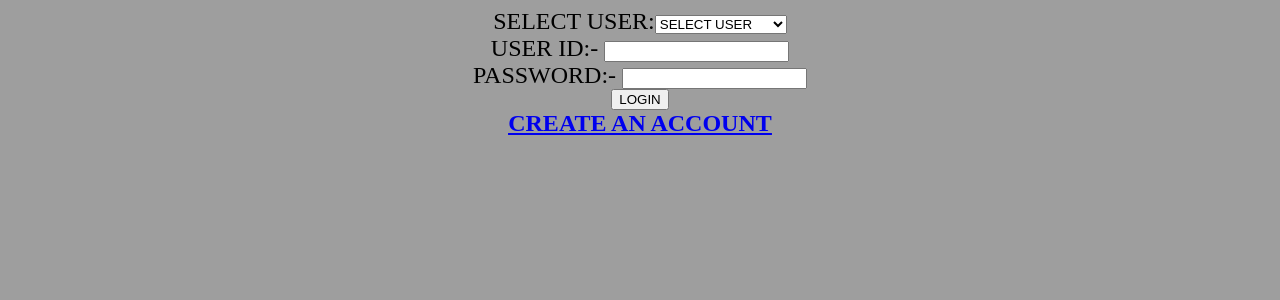
Repository: subhamsourabh265/LibManagementSystemJ2EE-
Page: library/WebContent/mylogin.html
These files come from the project's save history. The page is drawn as it stood at one moment and after the next save; the edit follows.
The browser window is 1280 px wide. The pictures show the whole page.

Above is the page before, as saved 2015-07-06 20:05:51.

After the next save:
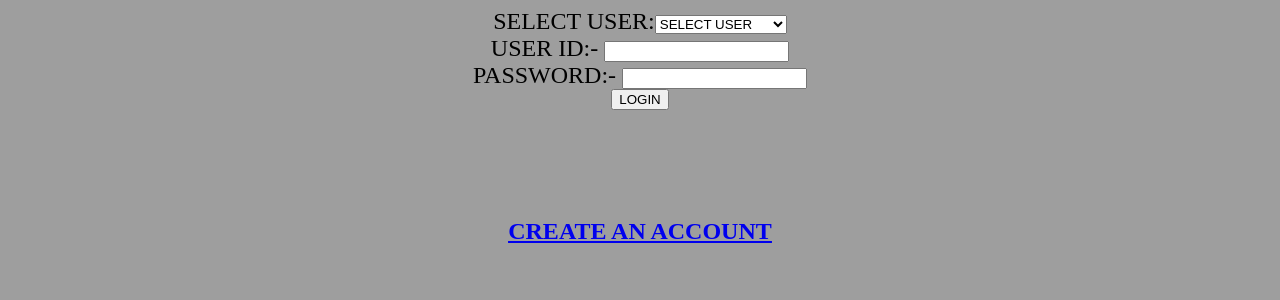
Saved 49 s later.
--- a/library/WebContent/mylogin.html
+++ b/library/WebContent/mylogin.html
@@ -17,7 +17,7 @@ SELECT USER:<select name="user">
 <option value="member">MEMBER</option></select><br>
 USER  ID:- <input type="text" name="n1"><br>
 PASSWORD:- <input type="password" name="n2"><br>
-    <input type="submit" value="LOGIN"><br>
+    <input type="submit" value="LOGIN"><br><br><br><br><br>
 
     <a href="registration.html"><b><u>CREATE  AN ACCOUNT</u></b></a>
 
